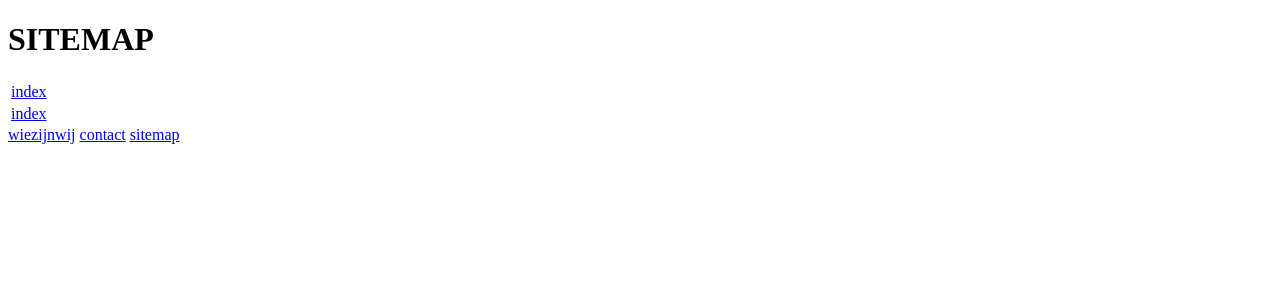
Repository: w1-knippenbergluuk/Applicatieontwikkelaar-2015-2016
Page: http://localhost/sitemap.php
The author's editor kept a record of every edit. The page is drawn from the files as they stood at one moment, then again after the next edit.
The browser window is 1280 px wide. The pictures show the whole page.
The page is run by PHP 8.4 with error messages shown; the project is at /var/www/html/.

Above is the page before.

After the next edit:
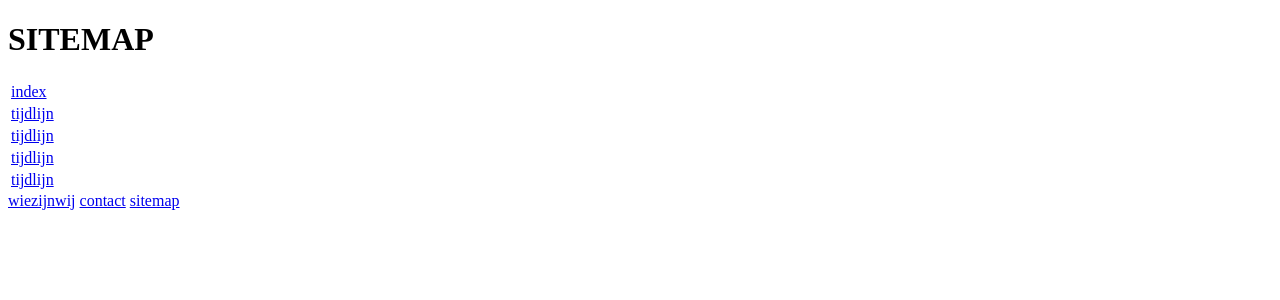
The edit:
--- a/Luuk/Periode1/Project/sitemap.php
+++ b/Luuk/Periode1/Project/sitemap.php
@@ -11,7 +11,16 @@
                 <td><a href="index.php">index</a></td>
             </tr>
             <tr>
-                <td><a href="index.php">index</a></td>
+                <td><a href="tijdlijn.php">tijdlijn</a></td>
+            </tr>
+            <tr>
+                <td><a href="tijdlijn.php">tijdlijn</a></td>
+            </tr>
+            <tr>
+                <td><a href="tijdlijn.php">tijdlijn</a></td>
+            </tr>
+            <tr>
+                <td><a href="tijdlijn.php">tijdlijn</a></td>
             </tr>
         </table>
 
